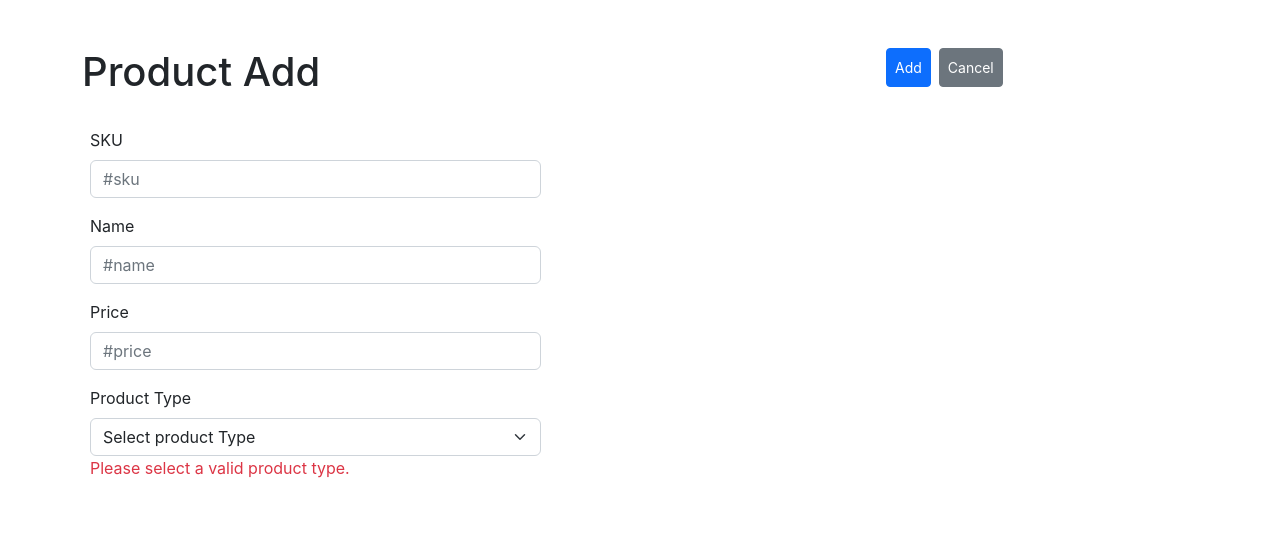
Repository: MagdyAbouelnasr/scandiweb_project
Page: /addproduct
The author's editor kept a copy of each file at every save. The page is drawn from the files as they stood at one save, then again after the next save.
The browser window is 1280 px wide. The pictures show the whole page.
The project was rebuilt for these pictures with package versions that can differ from the ones it lists, and the page was loaded fresh each time. Also part of the build but not shown: src/App.css, src/components/Product/Product-style.scss, src/components/Product/Product.css, src/components/Pages/ProductList.jsx, src/components/ProductAdd/Book.component.jsx, src/components/ProductAdd/DVD.component.jsx, src/components/ProductAdd/Furniture.component.jsx, src/App.jsx.

Above is the page before, as saved 2023-05-09 01:31:16.

After the next save:
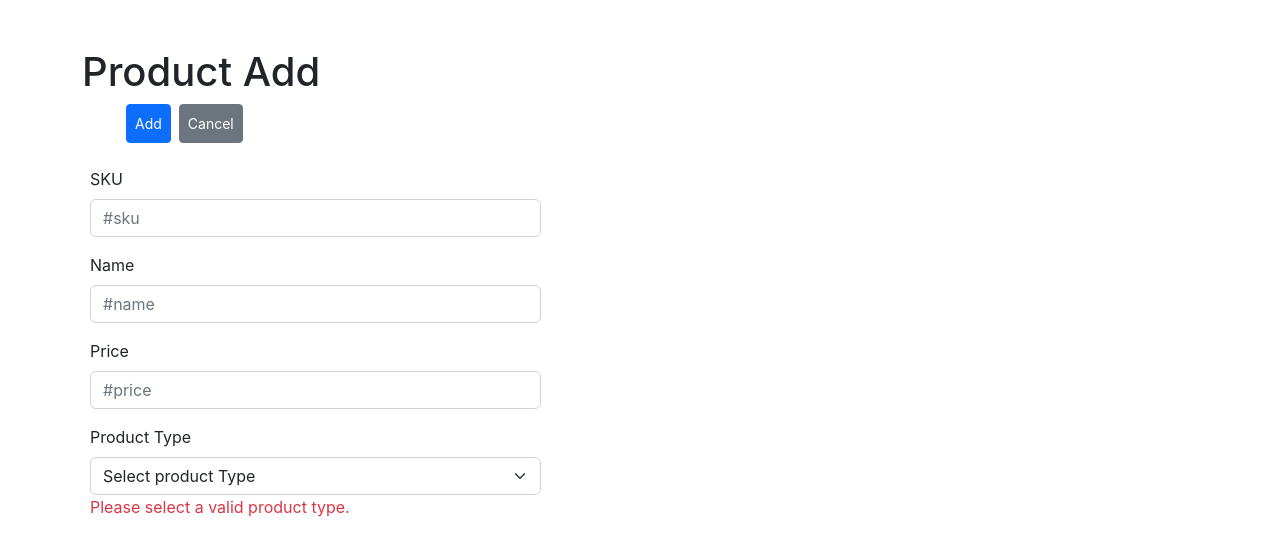
Saved 15 s later.
--- a/src/components/Pages/ProductAdd.jsx
+++ b/src/components/Pages/ProductAdd.jsx
@@ -126,7 +126,7 @@
     <Form id="product_form" onSubmit={handleSubmit}>
       <div className="container  mt-5">
         <div className="row">
-          <h1 className="page-header text-header col-md-8 text-start mr-3">Product Add</h1>
+          <h1 className="page-header text-header col-md-8 text-start me-3">Product Add</h1>
           <div className="col-4 ps-5 ms-0">
             <Button type="submit" className="p-2 ms-2" variant="primary" size="sm">
               Add

After the 4 saves that followed:
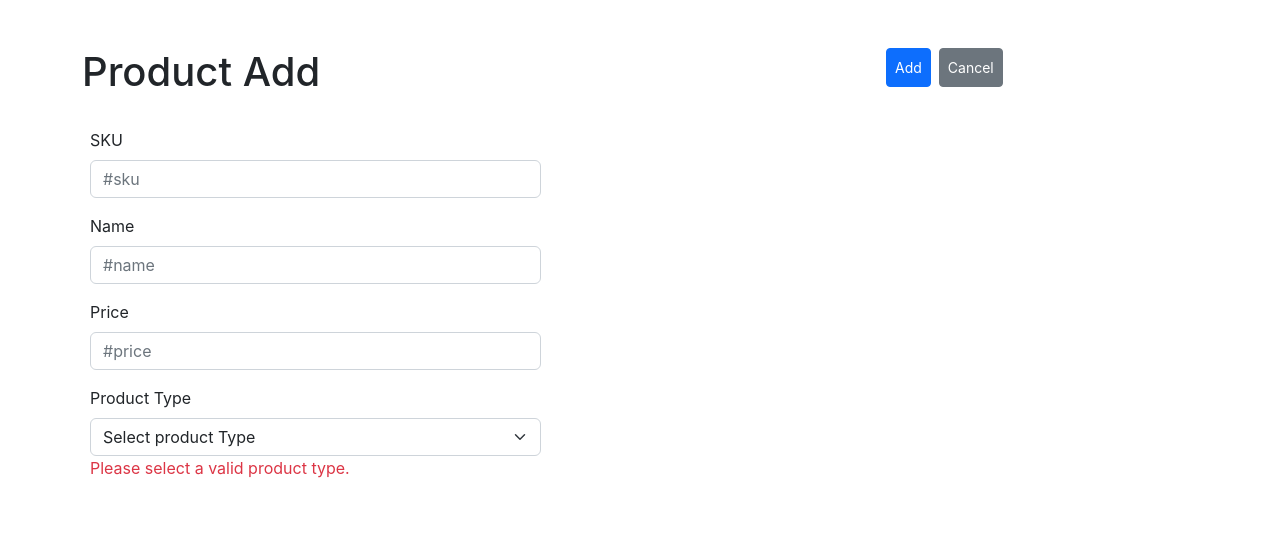
The 4 saves are shown as one change because 3 left the picture as it was.
The last was saved 31 s later.
--- a/src/components/Pages/ProductAdd.jsx
+++ b/src/components/Pages/ProductAdd.jsx
@@ -126,7 +126,7 @@
     <Form id="product_form" onSubmit={handleSubmit}>
       <div className="container  mt-5">
         <div className="row">
-          <h1 className="page-header text-header col-md-8 text-start me-3">Product Add</h1>
+          <h1 className="page-header text-header col-md-8 text-start me-">Product Add</h1>
           <div className="col-4 ps-5 ms-0">
             <Button type="submit" className="p-2 ms-2" variant="primary" size="sm">
               Add
